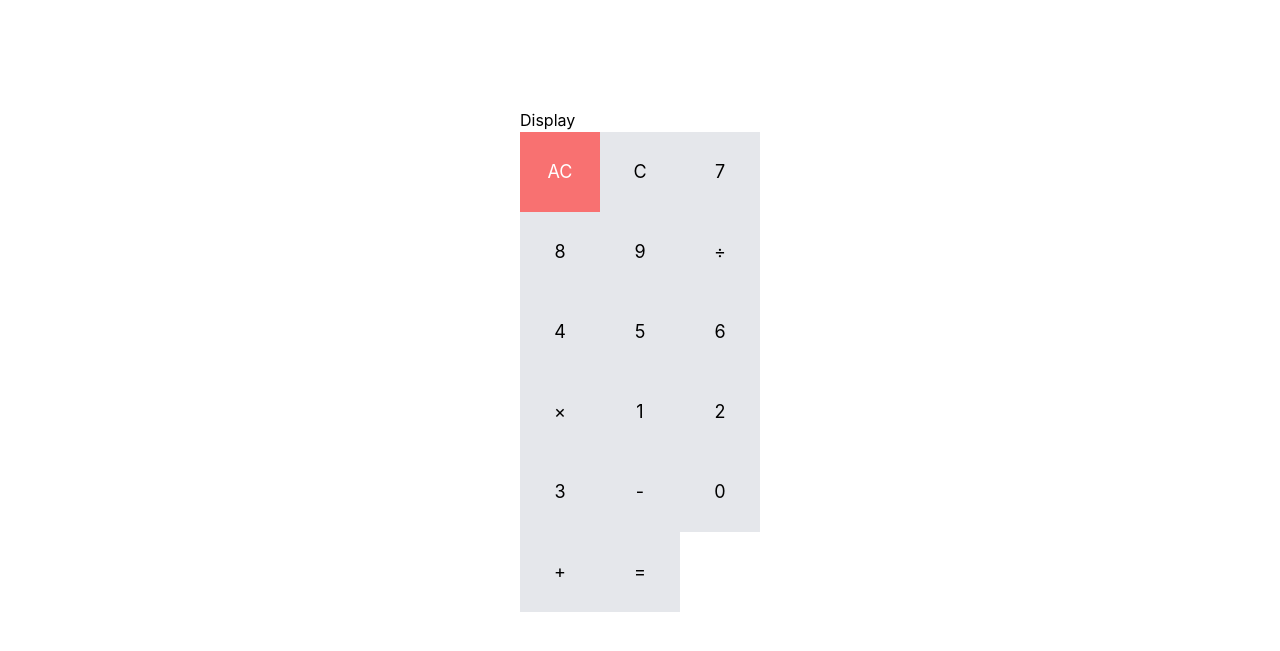
Repository: BrianPhamDev/calculator_app
Page: /
The author's editor kept a copy of each file at every save. The page is drawn from the files as they stood at one save, then again after the next save.
The browser window is 1280 px wide. The pictures show the whole page.
The project was rebuilt for these pictures with package versions that can differ from the ones it lists, and the page was loaded fresh each time. Also part of the build but not shown: vite.config.js.

Above is the page before, as saved 2024-01-09 14:24:54.

### src/App.jsx
import Calculator from "./components/Calculator";

function App() {
  return (
    <>
      <div className="flex items-center justify-center w-screen h-screen">
        <Calculator></Calculator>
      </div>
    </>
  );
}

export default App;

### src/components/Calculator.jsx
import { calculatorButtons } from "../globals/calculator-button-data";

const Calculator = () => {
  const specialClasses = {
    ac: "grid-rows-2 bg-red-400 text-white",
  };
  return (
    <div className="">
      <h1>Display</h1>
      <div className="grid grid-cols-3">
        {calculatorButtons.map((button) => {
          return (
            <div
              key={button.className}
              className={`bg-gray-200 flex items-center justify-center w-20 h-20 hover:bg-slate-300 text-lg ${
                specialClasses[button.className] || ""
              }`}
            >
              {button.text}
            </div>
          );
        })}
      </div>
    </div>
  );
};

export default Calculator;

### src/globals/calculator-button-data.js
export const calculatorButtons = [
  {
    type: "clear",
    className: "ac",
    text: "AC",
    value: "All Clear",
  },
  {
    type: "clear",
    className: "c",
    text: "C",
    value: "Clear",
  },
  {
    type: "number",
    className: "seven",
    text: 7,
    value: 7,
  },
  {
    type: "number",
    className: "eight",
    text: 8,
    value: 8,
  },
  {
    type: "number",
    className: "nine",
    text: 9,
    value: 9,
  },
  {
    type: "operator",
    className: "divide",
    text: "\u00f7",
    value: "Divide",
  },
  {
    type: "number",
    className: "four",
    text: 4,
    value: 4,
  },
  {
    type: "number",
    className: "five",
    text: 5,
    value: 5,
  },
  {
    type: "number",
    className: "six",
    text: 6,
    value: 6,
  },
  {
    type: "operator",
    className: "multiply",
    text: "\u00d7",
    value: "Multiply",
  },
  {
    type: "number",
    className: "one",
    text: 1,
    value: 1,
  },
  {
    type: "number",
    className: "two",
    text: 2,
    value: 2,
  },
  {
    type: "number",
    className: "three",
    text: 3,
    value: 3,
  },
  {
    type: "operator",
    className: "subtract",
    text: "-",
    value: "Subtract",
  },
  {
    type: "number",
    className: "zero",
    text: 0,
    value: 0,
  },
  {
    type: "operator",
    className: "add",
    text: "+",
    value: "Add",
  },
  {
    type: "enter",
    className: "equal",
    text: "=",
    value: "Equal",
  },
];

Loaded but not shown: index.html (common file); src/main.jsx (common file); src/index.css (common file); tailwind.config.js (common file)

After the next save:
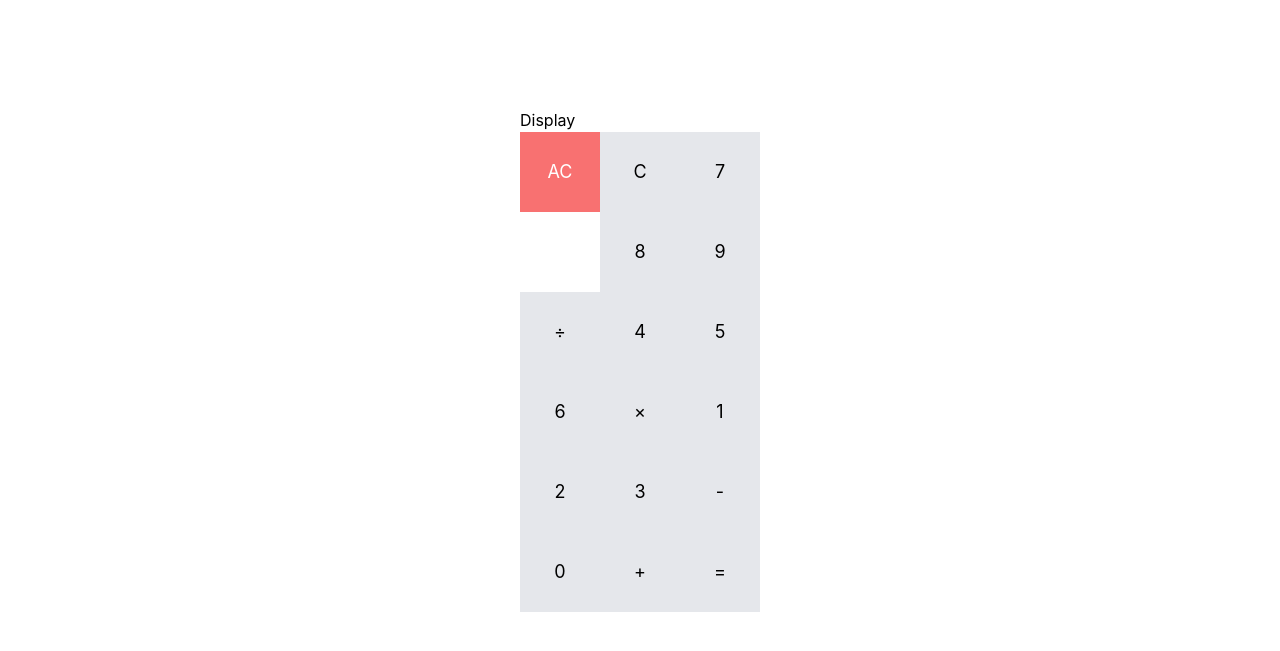
Saved 25 s later.
--- a/src/components/Calculator.jsx
+++ b/src/components/Calculator.jsx
@@ -2,7 +2,7 @@ import { calculatorButtons } from "../globals/calculator-button-data";
 
 const Calculator = () => {
   const specialClasses = {
-    ac: "grid-rows-2 bg-red-400 text-white",
+    ac: "row-span-2 bg-red-400 text-white",
   };
   return (
     <div className="">
